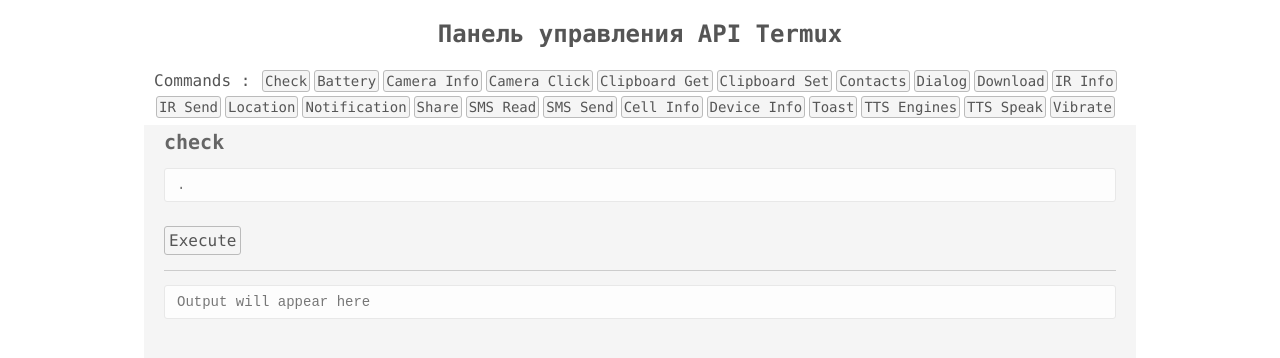
Repository: easy-quest/PHP-Termux-API
Page: http://localhost/api.php
The author's editor kept a copy of each file at every save. The page is drawn from the files as they stood at one save, then again after the next save.
The browser window is 1280 px wide. The pictures show the whole page.
The page is run by PHP 8.4 with error messages shown; the project is at /var/www/html/.

Above is the page before, as saved 2021-12-02 01:31:51.

### api.php
<?php
if(isset($_REQUEST['command']) && isset($_REQUEST['param'])){
  /* Check if Termux:API is available */
  if($_REQUEST['command']=="check"){
    $test = shell_exec('termux-battery-status -h');
    if (substr($test, 0, 5) === 'Usage'){
      die("Termux:API is available");
    }
    else{
      die("Termux:API is not available");
    }
  }

  $command=$_REQUEST['command'];
  $param=$_REQUEST['param'];
  if(!$param==""){
    $response=shell_exec("$command $param");
  }
  else{
    $response=shell_exec("$command");
  }

  echo $response;
  exit();
}
?>
<!DOCTYPE html>
<html>
<head>
<meta name="viewport" content="width=device-width, initial-scale=1.0">
<style>
* {
  box-sizing: border-box;
}
.btn{
  background-color:#f5f5f5;
  display: inline-block;
  color: #555;
  text-align: center;
  border: solid 1px #bbb;
  border-radius:3px;
}
.btn:hover{
  cursor: pointer;
  background-color: #ddd;
}
pre{
  padding:8px 12px;
  overflow-x:scroll;
  border: 1px solid #e8e8e8;
  border-radius:3px;
  background-color:#fdfdfd;
  color:#777;
  font-size:14px
}
code{
  border: 0;
  padding-right: 0;
  padding-left: 0;
}
input{
  font-family:MonoSpace;
  color:#555;
  border:solid 1px #bbb;
  border-radius:4px;
  padding:4px;
  outline:none
}
.commands {
  max-width:992px;
  margin:auto;
  padding-left:10px;
  padding-right:10px;
}
.commands a {
  background-color:#f5f5f5;
  display: inline-block;
  color: #555;
  text-align: center;
  border: solid 1px #bbb;
  border-radius:3px;
  font-size:14px;
  color: #555;
  padding: 2px;
  margin:2px;
  text-decoration: none;
}
.commands a:hover{
  cursor: pointer;
  background-color: #ddd;
}
.execute{
  padding:4px;
  margin-top:10px;
}
.main {
  margin:auto;
  margin-top:5px;
  max-width:992px;
  padding:5px 20px;
  background:#f5f5f5;
  min-height:350px;
}
#photo-link{
  padding:4px;
  margin-top:5px;
  margin-bottom:50px;
  text-decoration:none;
}

@media only screen and (max-width:992px) {
  .commands, .main{
    width:100%;
  }
}
</style>
</head>
<body style="color:#555;font-family:Consolas, MonoSpace;margin:0px;">
  <h2 style="text-align:center">Панель управления API Termux</h2>
  <div class="commands">
    Commands :
    <a onclick="cmd(0)" href=#>Check</a><a onclick="cmd(1)" href=#>Battery</a><a onclick="cmd(2)" href=#>Camera Info</a><a onclick="cmd(3)" href=#>Camera Click</a><a onclick="cmd(4)" href=#>Clipboard Get</a><a onclick="cmd(5)" href=#>Clipboard Set</a><a onclick="cmd(6)" href=#>Contacts</a><a onclick="cmd(7)" href=#>Dialog</a><a onclick="cmd(8)" href=#>Download</a><a onclick="cmd(9)" href=#>IR Info</a><a onclick="cmd(10)" href=#>IR Send</a><a onclick="cmd(11)" href=#>Location</a><a onclick="cmd(12)" href=#>Notification</a><a onclick="cmd(13)" href=#>Share</a><a onclick="cmd(14)" href=#>SMS Read</a><a onclick="cmd(15)" href=#>SMS Send</a><a onclick="cmd(16)" href=#>Cell Info</a><a onclick="cmd(17)" href=#>Device Info</a><a onclick="cmd(18)" href=#>Toast</a><a onclick="cmd(19)" href=#>TTS Engines</a><a onclick="cmd(20)" href=#>TTS Speak</a><a onclick="cmd(21)" href=#>Vibrate</a>
  </div>
  <div class="main">
    <div id="command" style="color:#666;font-weight:bold;font-size:20px"></div>
    <pre style="white-space:pre-wrap;"><code id= "documentation"></code></pre>
    <div>
      <div id="param" style="margin-top:10px">
        <span style="">Enter parameters : </span>
        <input id="paramInput">
      </div>
      <div onclick="execute()" class="execute btn">Execute</div>
    </div>
    <div style="border-top:solid 1px #ccc;width:100%;height:1px;margin:auto;margin-top:15px;margin-bottom:5px;"></div>
    <pre><code id= "response"></code></pre>
  </div>

  <script>
  var api = {
    0:{command:"check",doc:".",sampleParam:""},
    1:{command:"termux-battery-status",doc:"Usage: termux-battery-status\nGet the status of the device battery.",sampleParam:""},
    2:{command:"termux-camera-info",doc:"Usage: termux-camera-info\nGet information about device camera(s).",sampleParam:""},
    3:{command:"termux-camera-photo",doc:"Usage: termux-camera-photo [-c camera-id] output-file\nTake a photo and save it to a file in JPEG format.\n\n  -c camera-id  ID of the camera to use (see termux-camera-info), default: 0",sampleParam:"-c 0 photo.jpg"},
    4:{command:"termux-clipboard-get",doc:"Usage: termux-clipboard-get\nGet the system clipboard text.",sampleParam:""},
    5:{command:"termux-clipboard-set",doc:"Usage: termux-clipboard-set [text]\nSet the system clipboard text. The text to set is either supplied as arguments or read from stdin if no arguments are given.",sampleParam:"Hello"},
    6:{command:"termux-contact-list",doc:"Usage: termux-contact-list\nList all contacts.",sampleParam:""},
    7:{command:"termux-dialog",doc:"Usage: termux-dialog [-i hint] [-m] [-p] [-t title]\nShow a text entry dialog.\n\n  -i hint   the input hint to show when the input is empty\n  -m        use a textarea with multiple lines instead of a single\n  -p        enter the input as a password\n  -t title  the title to show for the input prompt",sampleParam:"-t Enter Something"},
    8:{command:"termux-download",doc:"Usage: termux-download [-d description] [-t title] url-to-download\nDownload a resource using the system download manager.\n\n  -d description  description for the download request notification\n  -t title        title for the download request notification",sampleParam:"-t Anupam http://g.jpg"},
    9:{command:"termux-infrared-frequencies",doc:"Usage: termux-infrared-frequencies\nQuery the infrared transmitter's supported carrier frequencies.",sampleParam:""},
    10:{command:"termux-infrared-transmit",doc:"Usage: termux-infrared-transmit -f frequency pattern\nTransmit an infrared pattern. The pattern is specified in comma-separated on/off intervals, such as '20,50,20,30'. Only patterns shorter than 2 seconds will be transmitted.\n\n  -f frequency  IR carrier frequency in Hertz",sampleParam:"-f 30000 20,50,20,30"},
    11:{command:"termux-location",doc:"usage: termux-location [-p provider] [-r request]\nGet the device location.\n\n  -p provider  location provider [gps/network/passive] (default: gps)\n  -r request   kind of request to make [once/last/updates] (default: once)",sampleParam:"-p gps -r once"},
    12:{command:"termux-notification",doc:"Usage: termux-notification [-c content] [-i id] [-t title] [-u url]\nDisplay a system notification.\n\n  -c content notification content to show\n  -i id      notification id (will overwrite any previous notification\n               with the same id)\n  -t title   notification title to show\n  -u url     notification url when clicking on it",sampleParam:"-c This is a notification -t Notification"},
    13:{command:"termux-share",doc:"Usage: termux-share [-a action] [-c content-type] [-d] [-t title] [file]\nShare a file specified as argument or the text received on stdin if no file argument is given.\n\n  -a action        which action to performed on the shared content:\n                     edit/send/view (default:view)\n  -c content-type  content-type to use (default: guessed from file extension,\n                     text/plain for stdin)\n  -d               share to the default receiver if one is selected\n                     instead of showing a chooser\n\n  -t title         title to use for shared content (default: shared file name)",sampleParam:"-a view photo.jpg"},
    14:{command:"termux-sms-inbox",doc:"Usage: termux-sms-inbox [-d] [-l limit] [-n] [-o offset]\nList received SMS messages.\n\n  -d         show dates when messages were created\n  -l limit   offset in sms list (default: 10)\n  -n         show phone numbers\n  -o offset  offset in sms list (default: 0)",sampleParam:"-l 10 -n -o 0"},
    15:{command:"termux-sms-send",doc:"Usage: termux-sms-send -n number[,number2,number3,...] [text]\nSend a SMS message to the specified recipient number(s). The text to send is either supplied as arguments or read from stdin if no arguments are given.\n\n  -n number(s)  recipient number(s) - separate multiple numbers by commas",sampleParam:"-n 1234567890 Hello"},
    16:{command:"termux-telephony-cellinfo",doc:"Usage: termux-telephony-cellinfo\nGet information about all observed cell information from all radios on the device including the primary and neighboring cells.",sampleParam:""},
    17:{command:"termux-telephony-deviceinfo",doc:"Usage: termux-telephony-deviceinfo\nGet information about the telephony device.",sampleParam:""},
    18:{command:"termux-toast",doc:"Usage: termux-toast [-s] [text]\nShow text in a Toast (a transient popup). The text to show is either supplied as arguments or read from stdin if no arguments are given.\n\n -s  only show the toast for a short while",sampleParam:"-s This is a toast"},
    19:{command:"termux-tts-engines",doc:"Usage: termux-tts-engines\nGet information about the available text-to-speech (TTS) engines. The name of an engine may be given to the termux-tts-speak command using the -e option.",sampleParam:""},
    20:{command:"termux-tts-speak",doc:"Usage: termux-tts-speak [-e engine] [-l language] [-p pitch] [-r rate] [-s stream] [text-to-speak]\nSpeak text with a system text-to-speech (TTS) engine. The text to speak is either supplied as arguments or read from stdin if no arguments are given.\n\n  -e engine    TTS engine to use (see termux-tts-engines)\n  -l language  language to speak in (may be unsupported by the engine)\n  -p pitch     pitch to use in speech. 1.0 is the normal pitch,\n                 lower values lower the tone of the synthesized voice,\n                 greater values increase it.\n  -r rate      speech rate to use. 1.0 is the normal speech rate,\n                 lower values slow down the speech\n                 (0.5 is half the normal speech rate)\n                 while greater values accelerates it\n                 (2.0 is twice the normal speech rate).\n  -s stream    audio stream to use (default:NOTIFICATION), one of:\n                 ALARM, MUSIC, NOTIFICATION, RING, SYSTEM, VOICE_CALL",sampleParam:"-p 1.3 Hello How are you"},
    21:{command:"termux-vibrate",doc:"Usage: termux-vibrate [-d duration] [-f]\nVibrate the device.\n\n  -d duration  the duration to vibrate in ms (default:1000)\n  -f           force vibration even in silent mode",sampleParam:"-d 500"}
  }

  //default values
  var command = api[0].command;
  var param = "";
  var doc = api[0].doc;
  var msg = "Output will appear here";

  document.getElementById("param").hidden= true;
  document.getElementById("response").innerHTML = msg;
  document.getElementById("command").innerHTML = command;
  document.getElementById("documentation").innerHTML = doc;

/** Function to select command and sampleParam*/
  function cmd(id=0){
    command = api[id].command;
    var doc = api[id].doc;
    var sampleParam = api[id].sampleParam;
    document.getElementById("documentation").innerHTML = doc;
    document.getElementById("command").innerHTML = command;
    document.getElementById("response").innerHTML = msg;
    var photoLink = document.getElementById("photo-link");
    if(photoLink){
      photoLink.parentNode.removeChild(photoLink);
    }
    if(sampleParam==""){
      document.getElementById("param").hidden = true;
      document.getElementById("paramInput").value = "";
    }
    else{
      document.getElementById("param").hidden = false;
      document.getElementById("paramInput").value = sampleParam;
    }
  }

/** Function to send AJAX Request with command and param, then show the response*/
  function execute(){
    param = document.getElementById("paramInput").value;
    var xhttp = new XMLHttpRequest();
    xhttp.onreadystatechange = function() {
      if(this.readyState == 1){
        document.getElementById("response").innerHTML = "server connection established";
      }
      if(this.readyState == 2){
        document.getElementById("response").innerHTML = "request received";
      }
      if(this.readyState == 3){
        document.getElementById("response").innerHTML = "processing request";
      }
      if (this.readyState == 4 && this.status == 200) {
        document.getElementById("response").innerHTML = this.responseText;
        if(command=="termux-camera-photo"){
          var name = param.substring(5);
          var l = document.createElement("a");
          var text = document.createTextNode("View Image");
          l.appendChild(text);
          l.setAttribute("href",name);
          l.setAttribute("target","_blank");
          l.setAttribute("id","photo-link");
          l.setAttribute("class","btn");
          document.getElementById("response").parentElement.parentElement.appendChild(l);
        }
      }
    };
    xhttp.open("POST", "<?php echo basename(__FILE__);?>", true);
    xhttp.setRequestHeader("Content-type", "application/x-www-form-urlencoded");
    xhttp.send("command=" + command + "&param=" + param);
  }
  </script>
</body>
</html>

After the next save:
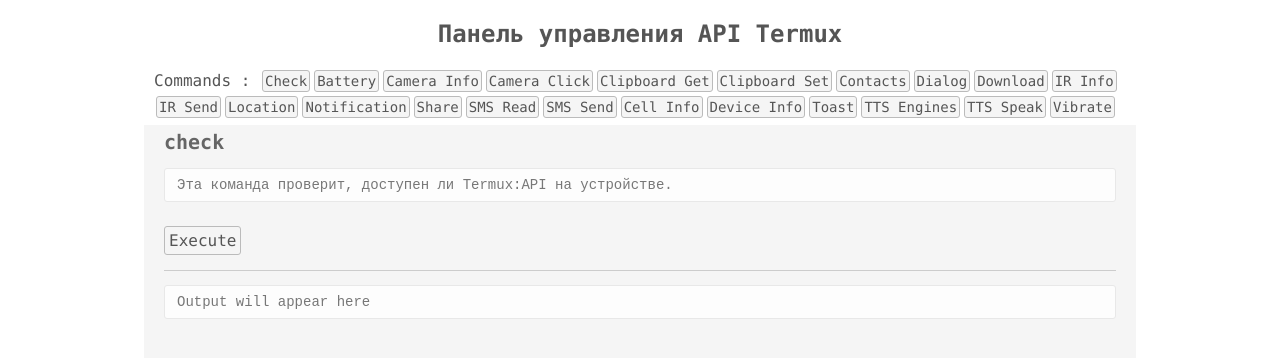
Saved 17 s later.
--- a/api.php
+++ b/api.php
@@ -137,7 +137,7 @@
 
   <script>
   var api = {
-    0:{command:"check",doc:".",sampleParam:""},
+    0:{command:"check",doc:"Эта команда проверит, доступен ли Termux:API на устройстве.",sampleParam:""},
     1:{command:"termux-battery-status",doc:"Usage: termux-battery-status\nGet the status of the device battery.",sampleParam:""},
     2:{command:"termux-camera-info",doc:"Usage: termux-camera-info\nGet information about device camera(s).",sampleParam:""},
     3:{command:"termux-camera-photo",doc:"Usage: termux-camera-photo [-c camera-id] output-file\nTake a photo and save it to a file in JPEG format.\n\n  -c camera-id  ID of the camera to use (see termux-camera-info), default: 0",sampleParam:"-c 0 photo.jpg"},
